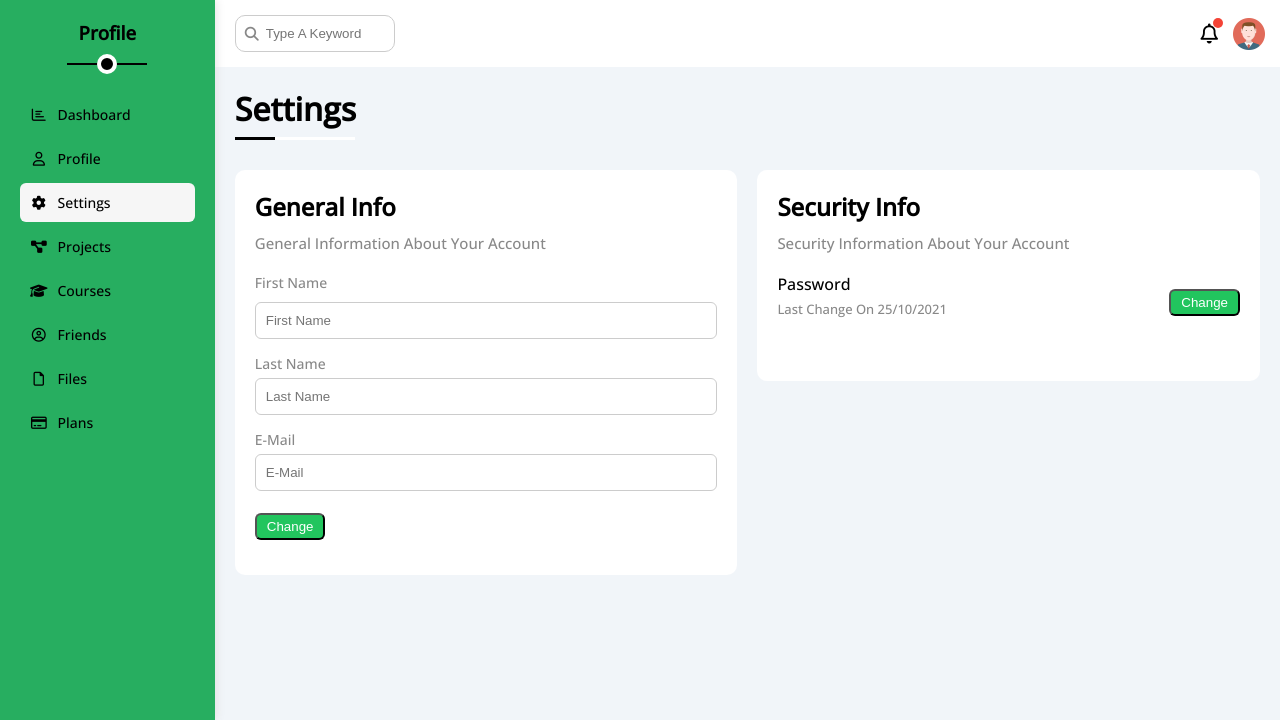
Repository: souhailaniba/Bookly
Page: public/assets/books webstie/settings.html
These files come from the project's save history. The page is drawn as it stood at one moment and after the next save; the edit follows.
The browser window is 1280 px wide. The pictures show the whole page.

Above is the page before, as saved 2023-01-27 14:59:23.

After the next save:
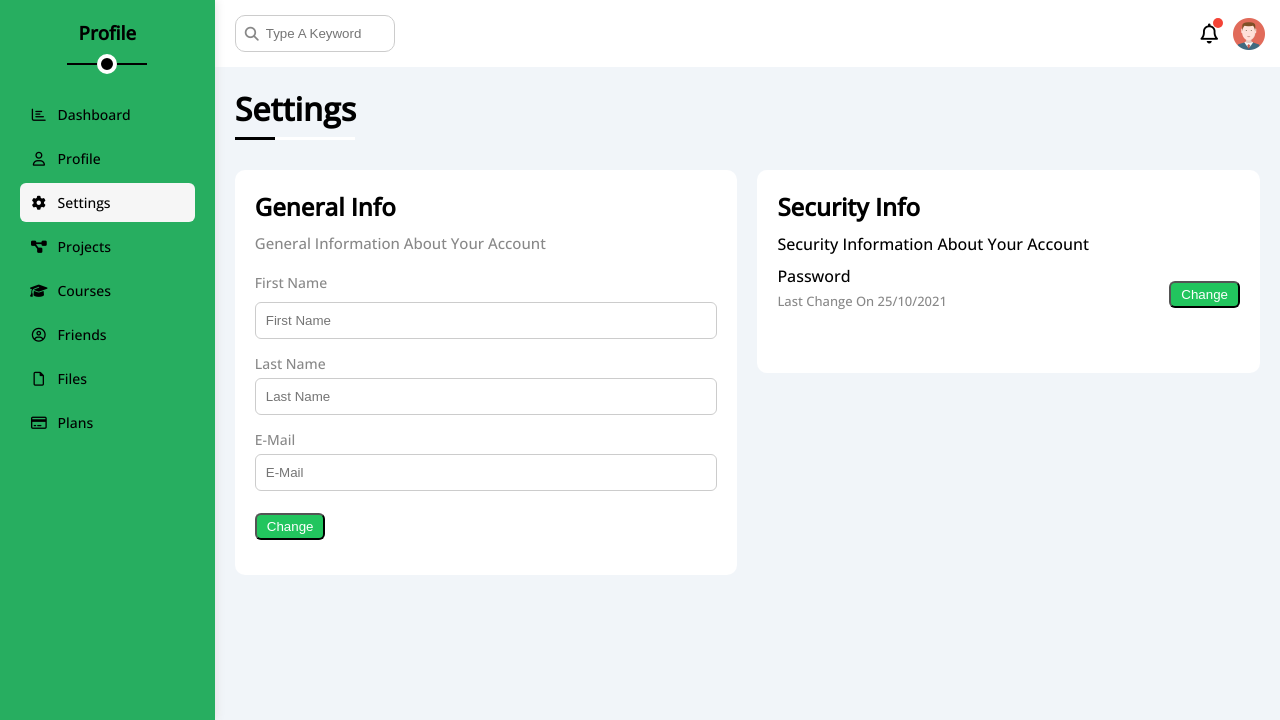
Saved 49 s later.
--- a/public/assets/books webstie/settings.html
+++ b/public/assets/books webstie/settings.html
@@ -124,7 +124,7 @@
           <form action="">
           <div class="p-20 bg-white rad-10">
             <h2 class="mt-0 mb-10">Security Info</h2>
-            <p class="mt-0 mb-20 c-grey fs-15">Security Information About Your Account</p>
+            <p class="mt-0 mb-10">Security Information About Your Account</p>
             <div class="sec-box mb-15 between-flex">
               <div>
                 <span>Password</span>

After the save that followed:
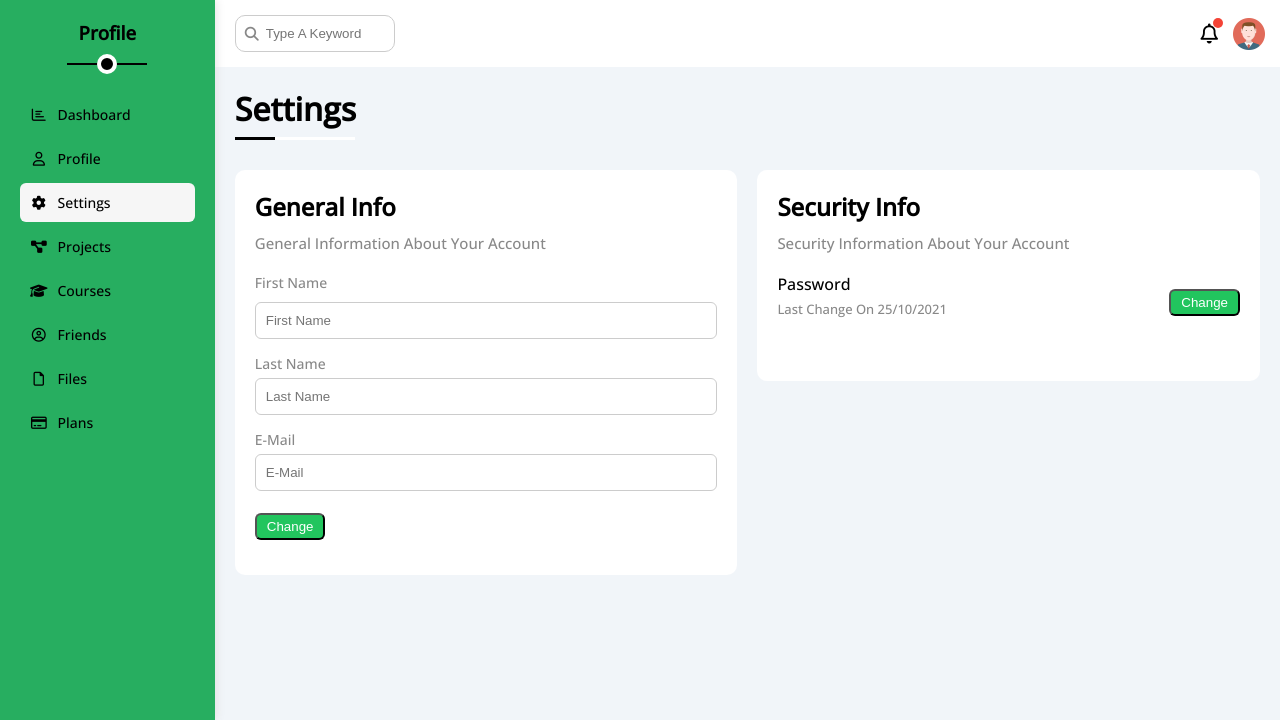
Saved 23 s later.
--- a/public/assets/books webstie/settings.html
+++ b/public/assets/books webstie/settings.html
@@ -124,7 +124,7 @@
           <form action="">
           <div class="p-20 bg-white rad-10">
             <h2 class="mt-0 mb-10">Security Info</h2>
-            <p class="mt-0 mb-10">Security Information About Your Account</p>
+            <p class="mt-0 mb-20 c-grey fs-15">Security Information About Your Account</p>
             <div class="sec-box mb-15 between-flex">
               <div>
                 <span>Password</span>
